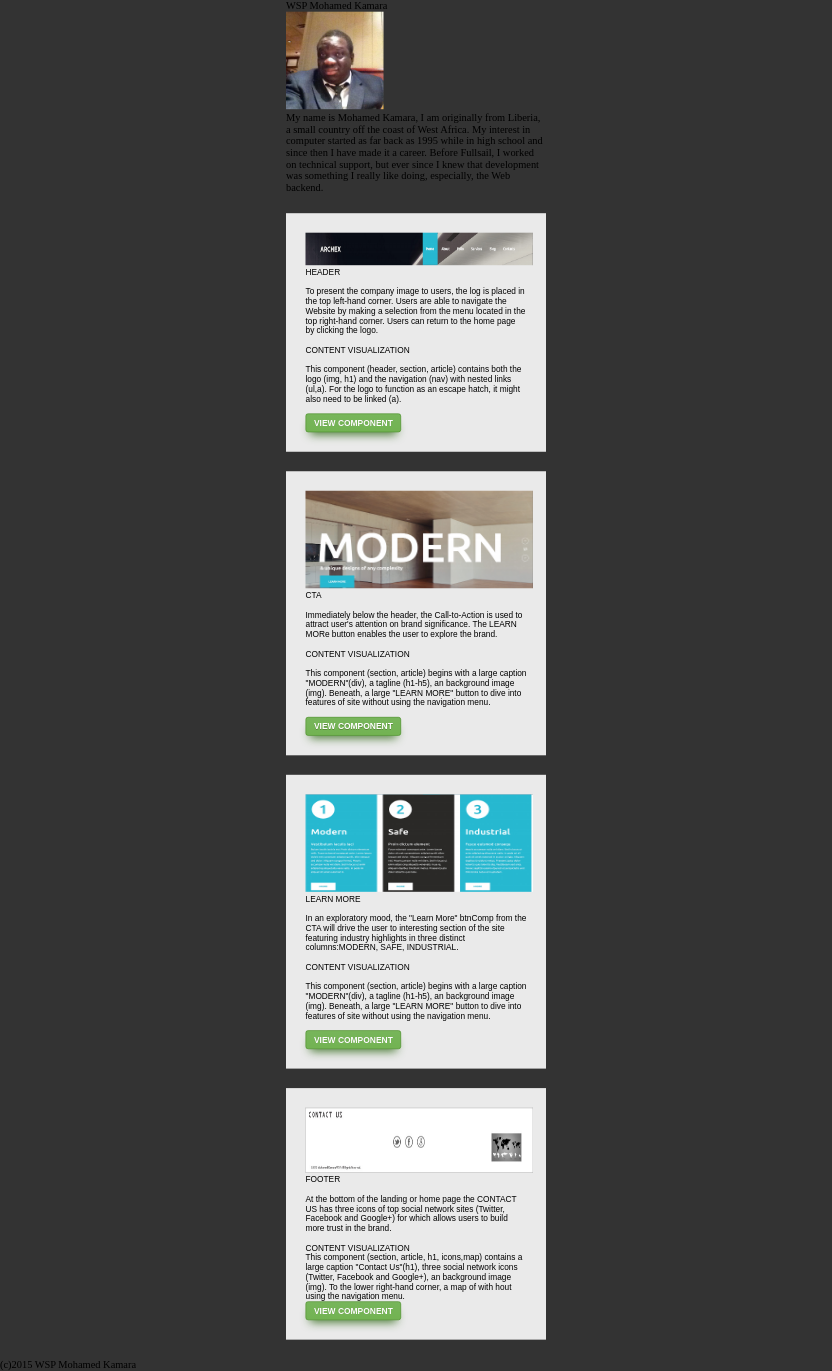
Repository: makamara/WSP_Project
Page: wsp/index.html
These files come from the project's save history. The page is drawn as it stood at one moment and after the next save; the edit follows.
The browser window is 1280 px wide. The pictures show the whole page, at 65% of full size.

Above is the page before, as saved 2015-09-15 18:29:08.

After the next save:
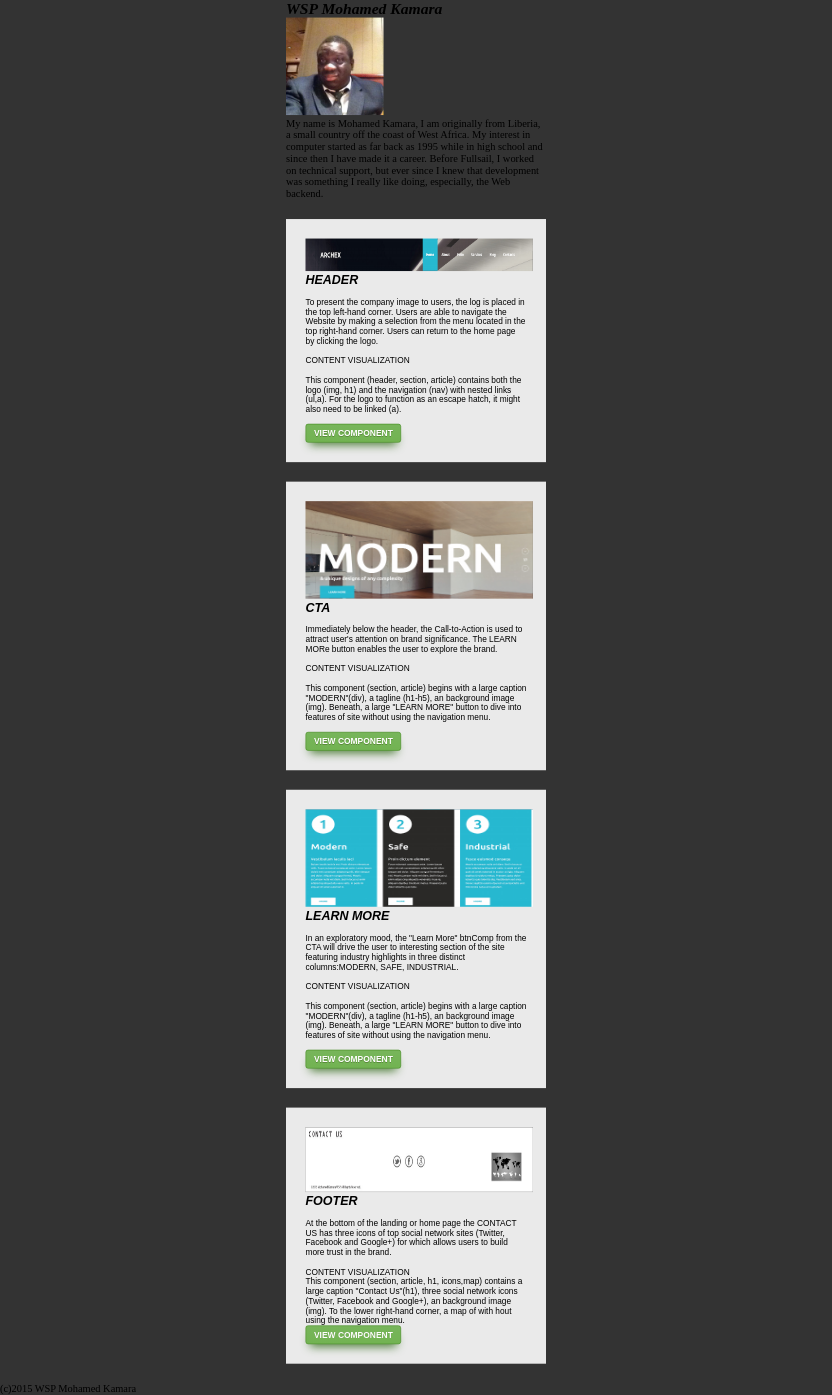
Saved 84 s later.
--- a/wsp/css/main.css
+++ b/wsp/css/main.css
@@ -22,6 +22,12 @@ article {
     margin: 30px 0;
     font-family:Arial, Helvetica, sans-serif;
     font-size:0.8em;
+}
+
+h1 {
+	font-weight:bold;
+	font-size:1.5em;
+	font-style:italic;
 }
 
 /* View Component button ============================== */
